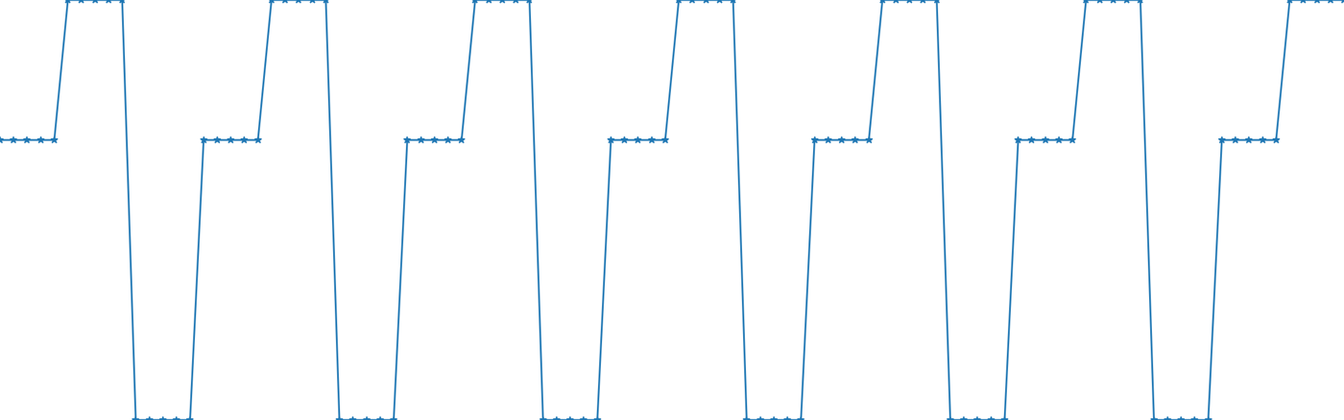
Repository: Carty-Bao/BNPHMM
Script's output: python code/synth.py
These files come from the project's save history. The script's output is drawn as it stood at one moment and after a run of saves; the edit follows.
The pictures are shown at 96% of full size.
Each picture stacks the figures in order, with grey between them; figures that are only written to a file come last. Figures wider than 1,400 px are first shrunk to that width. Random numbers start from a fixed seed.

Above is the script's output before, as saved 2022-08-17 21:49:30.

### code/synth.py
'''
author: Jiadi
Date: 2022.5.7
TODO: add parser
'''
import random
from math import ceil
import numpy as np
import pylab as P
from scipy.stats import entropy
# from torch import threshold

def _blob(x,y,area,colour):
    """
    Draws a square-shaped blob with the given area (< 1) at
    the given coordinates.
    """
    hs = np.sqrt(area) / 2
    xcorners = np.array([x - hs, x + hs, x + hs, x - hs])
    ycorners = np.array([y - hs, y - hs, y + hs, y + hs])
    P.fill(xcorners, ycorners, colour, edgecolor=colour)

def hinton(W, maxWeight=None):
    """
    Draws a Hinton diagram for visualizing a weight matrix.
    Temporarily disables matplotlib interactive mode if it is on,
    otherwise this takes forever.
    """
    reenable = False
    if P.isinteractive():
        P.ioff()
    P.clf()
    height, width = W.shape
    if not maxWeight:
        maxWeight = 2**np.ceil(np.log(np.max(np.abs(W)))/np.log(2))

    P.fill(np.array([0,width,width,0]),np.array([0,0,height,height]),'gray')
    P.axis('off')
    P.axis('equal')
    for x in range(width):
        for y in range(height):
            _x = x+1
            _y = y+1
            w = W[y,x]
            if w > 0:
                _blob(_x - 0.5, height - _y + 0.5, min(1,w/maxWeight),'white')
            elif w < 0:
                _blob(_x - 0.5, height - _y + 0.5, min(1,-w/maxWeight),'black')
    if reenable:
        P.ion()
    P.show()

def gen_alpha(type = 'jitter', K = 3):
    '''
    为HMM生成状态转移矩阵和HMM集群中心
    type:调制基形,以PRI为例,可选的调制基形:
    'jitter','stagger','slide','dwell'
    center:不同调制基形对应不同集群中心,如果不指定集群中心,默认中心个数=3

    默认均为一维变量
    '''

    if type == 'jitter':
        assert K==1, "K must be 1"
        alpha = np.eye(K)
    if type in ['stagger', 'agile', 'dwell']:
        alpha = np.eye(K)
        while(1 in np.diag(alpha)):
            np.random.shuffle(alpha)
    if type == 'slide':
        alpha = np.eye(K)
        alpha = np.vstack((alpha[1:],alpha[0]))
    # if type == 'dwell':
    #     tr = np.eye(K)
    #     while(1 in np.diag(tr)):
    #         np.random.shuffle(tr)
    #     alpha = 0.05*tr + np.eye(K)
    return alpha

def Non_ideal_HMM(N, K, XDim=1, mu_sd_factor=0, L=10, spur_ratio=0, miss_ratio=0,type='stagger', mu = None):
    '''N: number of observations
    K: number of discrete components
    XDim: dimensionality of observed data (default = 2)
    mu:HMM集群的中心值，如果没有制定就是[100, 110, 120,...]

    计算虚假脉冲和缺失脉冲个数'''

    spur_num = np.floor(spur_ratio * N)
    miss_num = np.floor(miss_ratio * N)
    N_unideal = int(N + spur_num + miss_num)
    X = np.zeros((N_unideal,XDim))
    Y = np.zeros((N_unideal,L))
    z = np.zeros(K)#记录上一个状态
    Z = np.zeros((N_unideal, 1))
    alpha = gen_alpha(type=type, K=K)

    beta = 0.1 #intial dist params.
    pik = np.random.dirichlet(beta*np.ones(K)) #distribution over initial state p(l_0)
    A = alpha / np.reshape(alpha.sum(axis=1),(K,1))#把alpha归一化
    # mu = np.array([np.random.multivariate_normal(np.zeros(XDim),20*np.eye(XDim)) for _ in range(K)]) #每个类别的均值
    if mu == None:
        mu = np.array([[100+10*i] for i in range(K)])
        mu_init = mu.copy()
    else:
        mu = np.array([mu])
        print(mu)
        mu = mu.T
        mu_init = mu.copy()
    C = np.array([mu_sd_factor*np.eye(XDim) for _ in range(K)])#每个类别的方差
    pr_y = np.array([np.random.dirichlet(0.1*np.ones(L)) for _ in range(K)])#每个类别的可能性的先验概率
    #draw observations:
    n = 0
    bound = X.shape[0]
    while(n<=bound):
        #draw latent component:
        if n==0:
            z = np.random.multinomial(1, pik)
        else:
            prev_z = z.argmax()
            z = np.random.multinomial(1,A[prev_z,:])
        z_n = z.argmax()#记录下一个状态
        if np.random.choice(2, 1, p=[1 - miss_ratio, miss_ratio]) and type is not 'dwell':#缺失脉冲
            X = np.delete(X, n, axis=0)
            Y = np.delete(Y, n, axis=0)
            Z = np.delete(Z, n, axis=0)
            continue
        if np.random.choice(2, 1, p=[1 - spur_ratio, spur_ratio]) and type is not 'dwell':#虚假脉冲
            spur_value = np.random.uniform(low=min(mu),high=max(mu),size=1)
            X[n,:] = np.random.multivariate_normal(spur_value, C[z_n,:,:])
            # Z[n,:] = abs(mu-spur_value).argmin()
            Z[n,:] = K+1
            n+=1
        if type=='dwell':
            for dns in range(5):
                if np.random.choice(2, 1, p=[1 - miss_ratio, miss_ratio]):#缺失脉冲
                    X = np.delete(X, n, axis=0)
                    Y = np.delete(Y, n, axis=0)
                    Z = np.delete(Z, n, axis=0)
                    continue
                if np.random.choice(2, 1, p=[1 - spur_ratio, spur_ratio]):#虚假脉冲
                    spur_value = np.random.uniform(low=min(mu),high=max(mu),size=1)
                    X[n,:] = np.random.multivariate_normal(spur_value, C[z_n,:,:])
                    # Z[n,:] = abs(mu-spur_value).argmin()
                    Z[n,:] = K+1
                    n+=1
                X[n,:] = np.random.multivariate_normal(mu[z_n,:], C[z_n,:,:])
                Y[n,:] = np.random.multinomial(1,pr_y[z_n,:])
                Z[n,:] = z_n
                bound = X.shape[0]-1
                n+=1
                if n>bound:
                    break
        else:
            X[n,:] = np.random.multivariate_normal(mu[z_n,:], C[z_n,:,:])
            if type == 'agile':
                Z[n,:] = np.where(mu_init == mu[z_n,:])[0]
            if (n+1) % K == 0 and type=='agile':
                np.random.shuffle(mu)

        if type !='dwell':
            Y[n,:] = np.random.multinomial(1,pr_y[z_n,:])
            if type != 'agile':
                Z[n,:] = z_n
            n+=1
            bound = X.shape[0]-1
    #返回每个类别的均值
    return X,Y,Z,mu

def workmode_cat(nums = None, Ks = None, mus = None, XDim=1, mu_sd_factor = 0, spur_ratio = 0, miss_ratio = 0, types = None):
    '''
    将生成的数据拼接
    nums Ks types均为列表 长度相同
    '''
    seq_num = len(nums)
    assert len(Ks) == seq_num, "Do not have enough Ks"
    assert len(types) == seq_num, "Do not have enough types"
    assert len(mus) == seq_num, "Do not have enough mus"

    X = None
    Z = None
    mus_grd = None
    paras = zip(nums, Ks, mus, types)
    for para in paras:
        session, _, labels, mu_grd = Non_ideal_HMM(N=para[0], K=para[1],mu = para[2], XDim=XDim, mu_sd_factor=mu_sd_factor, spur_ratio=spur_ratio, miss_ratio=miss_ratio,type=para[3])
        if X is None and mus_grd is None:
            X = session
            Z = labels
            mus_grd = mu_grd
        else:
            X = np.vstack((X, session))
            Z = np.vstack((Z, labels))
            mus_grd = np.vstack((mus_grd, mu_grd))
    return X, Z, mus_grd

def center_compare(center1, center2, threshold):
    '''
    比较两个集群中心
    '''
    diff = np.array([])
    for num in center1:
        diff = np.append(diff,min(abs(num-center2)))
    change = diff.sum()/diff.shape[0] > threshold
    cusum =  float(diff.sum())/diff.shape[0]
    return change,threshold #1是手动设置阈值

def trans_compare(A_1, A_2, mu_1, mu_2,threshold=1):
    def trans(A, order):
        N = len(order)
        # print(order)
        new_matrix = np.zeros((N,N))
        for i, row in enumerate(order):
            for j, col in enumerate(order):
                try:
                    new_matrix[row][col] = A[i][j]
                except IndexError:
                    if A.shape[0] < N:#A_1<A_2,填上0
                        new_matrix[row][col] = 0.1
                    # else:

        return new_matrix

    def trans_order(mu_1,mu_2):
        order = []
        N = len(mu_1)
        minus_dis = []
        for mu in mu_1:
            minus = mu_2 - mu
            order.append(np.argmin(abs(minus)))
            minus_dis.append(np.min(abs(minus)))
        return order

    order = trans_order(mu_1,mu_2)
    A2_new = trans(A_2,order)
    e = 0
    for index in range(len(order)):
        e += entropy(A_1[index], A2_new[index])
    change = e > threshold
    cusum = e
    return change, cusum

if __name__=="__main__":

    import matplotlib as mpl
    mpl.use('TkAgg')
    import matplotlib.pyplot as plt
    np.set_printoptions(threshold=np.inf)
    plt.rc('font',family='Times New Roman')

    N, K_grnd, K = 100, 5, 10
    X1, _, Z, mu_grd = Non_ideal_HMM(N, K_grnd, mu_sd_factor= 0, spur_ratio=0., miss_ratio=0,type='dwell')

    # Ns = [100,150,180]
    # Ks = [4,5,6]
    # types = ['stagger','slide','stagger']
    # X, mu_grd = workmode_cat(nums=Ns, Ks=Ks, mu_sd_factor=0, spur_ratio=0, miss_ratio=0, types=types)
    print(Z)
    plt.figure(dpi=150,figsize=(16,5))
    # plt.xlabel("PRI index")
    # plt.ylabel("PRI value")
    # plt.title("agile PRI")
    plt.axis('off')
    plt.plot(range(len(X1)), X1, markersize=6, marker='*')
    # plt.plot(Z+120)
    plt.subplots_adjust(top = 1, bottom = 0, right = 1, left = 0, hspace = 0, wspace = 0)
    plt.margins(0,0)
    plt.show()
    # plt.savefig("genworkmode/slide.jpg", transparent=True, dpi=300, pad_inches = 0)

After the next 2 saves:
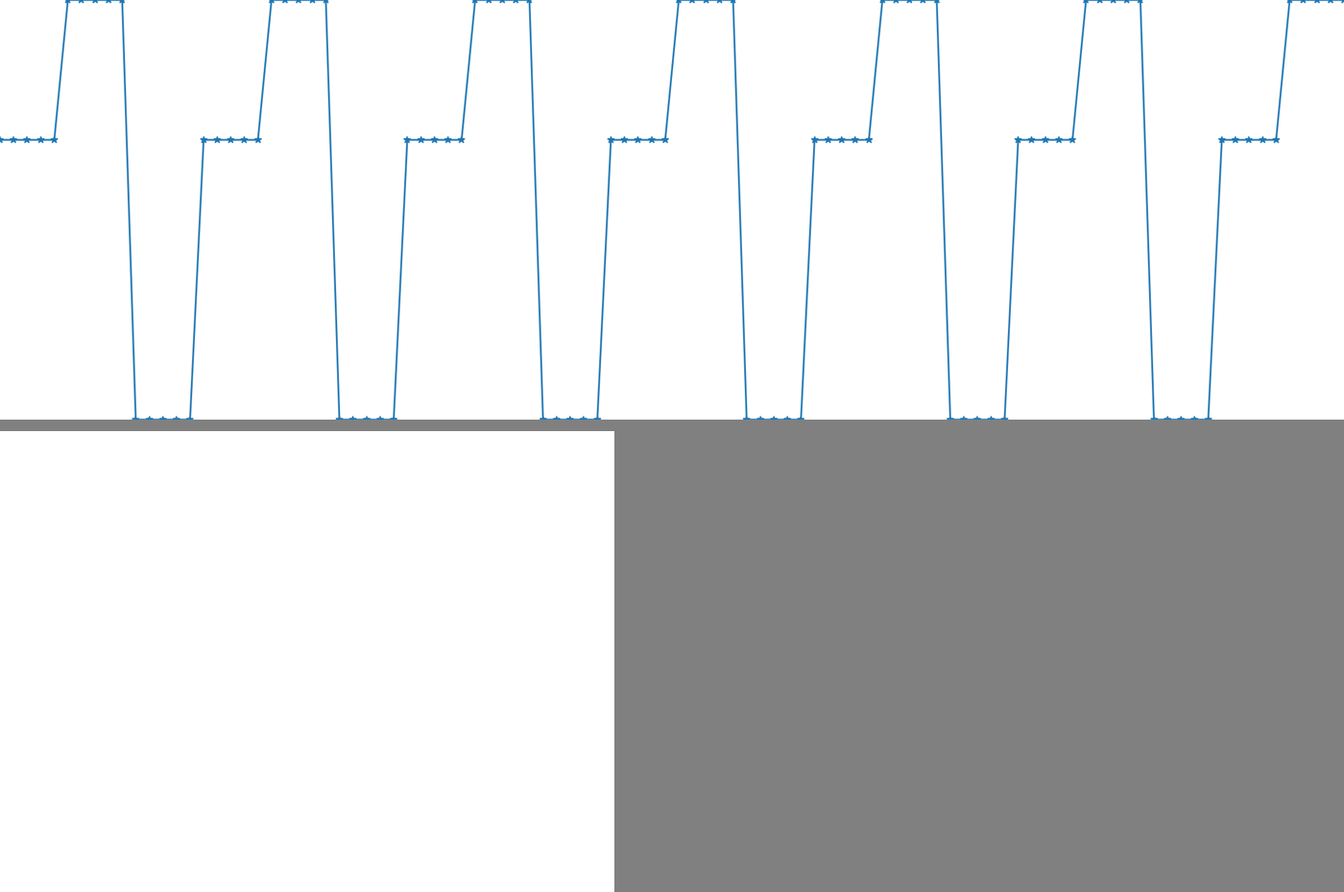
The 2 saves are shown as one change because they came seconds apart.
The last was saved 60 s later.
--- a/code/synth.py
+++ b/code/synth.py
@@ -264,4 +264,4 @@
     plt.subplots_adjust(top = 1, bottom = 0, right = 1, left = 0, hspace = 0, wspace = 0)
     plt.margins(0,0)
     plt.show()
-    # plt.savefig("genworkmode/slide.jpg", transparent=True, dpi=300, pad_inches = 0)
+    plt.savefig("genworkmode/dwell.jpg", transparent=True, dpi=300, pad_inches = 0)

After the save that followed:
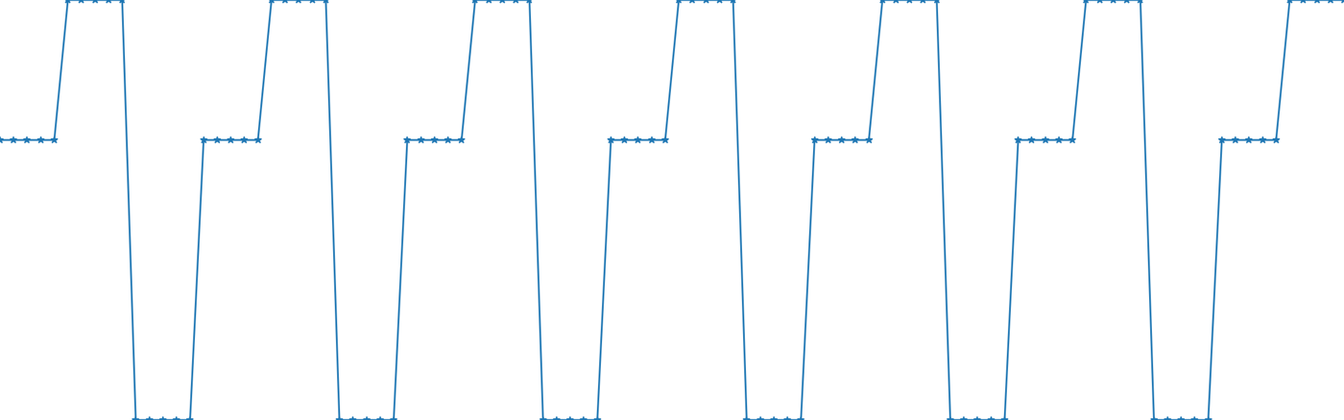
Saved 2 min 27 s later.
--- a/code/synth.py
+++ b/code/synth.py
@@ -264,4 +264,4 @@
     plt.subplots_adjust(top = 1, bottom = 0, right = 1, left = 0, hspace = 0, wspace = 0)
     plt.margins(0,0)
     plt.show()
-    plt.savefig("genworkmode/dwell.jpg", transparent=True, dpi=300, pad_inches = 0)
+    # plt.savefig("genworkmode/dwell.jpg", transparent=True, dpi=300, pad_inches = 0)
